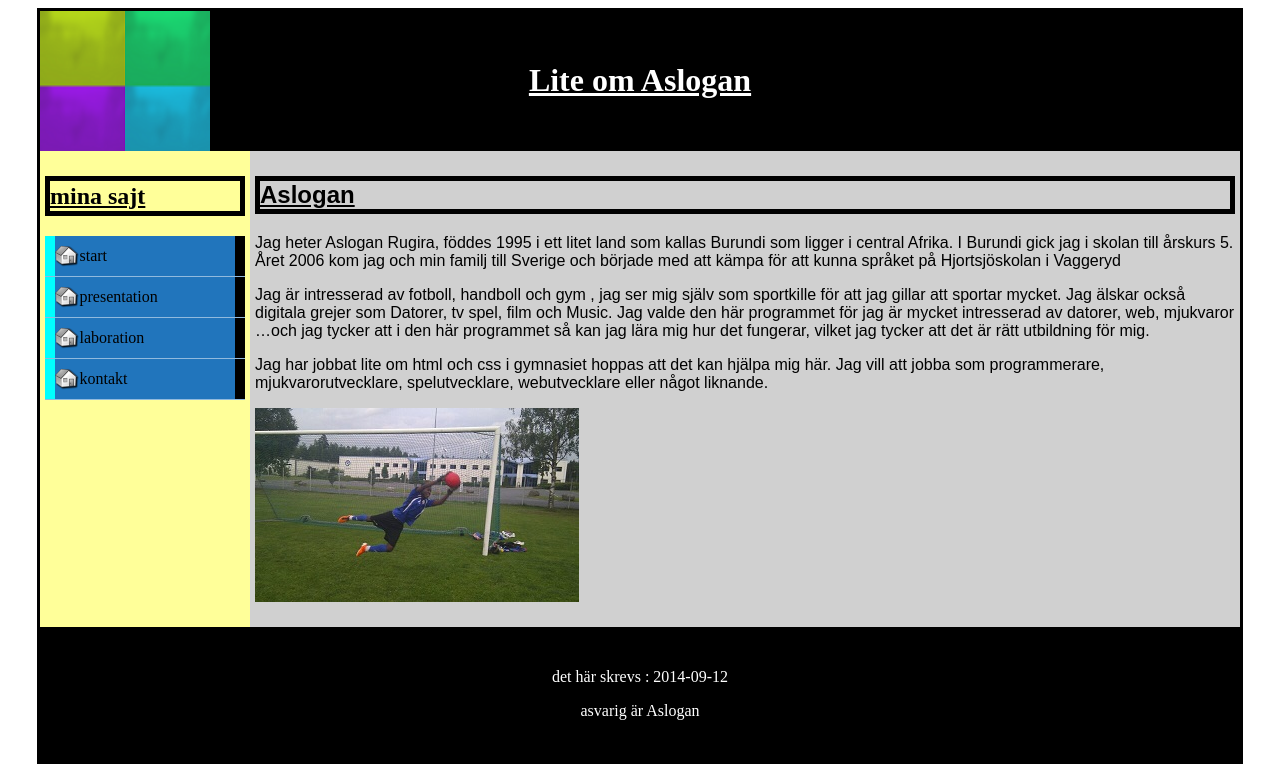
Repository: ar222rk/1IK415-ar222rk-Laboration
Page: pages/presentation.html
The author's editor kept a record of every edit. The page is drawn from the files as they stood at one moment, then again after the next edit.
The browser window is 1280 px wide. The pictures show the whole page.

Above is the page before.

After the next edit:
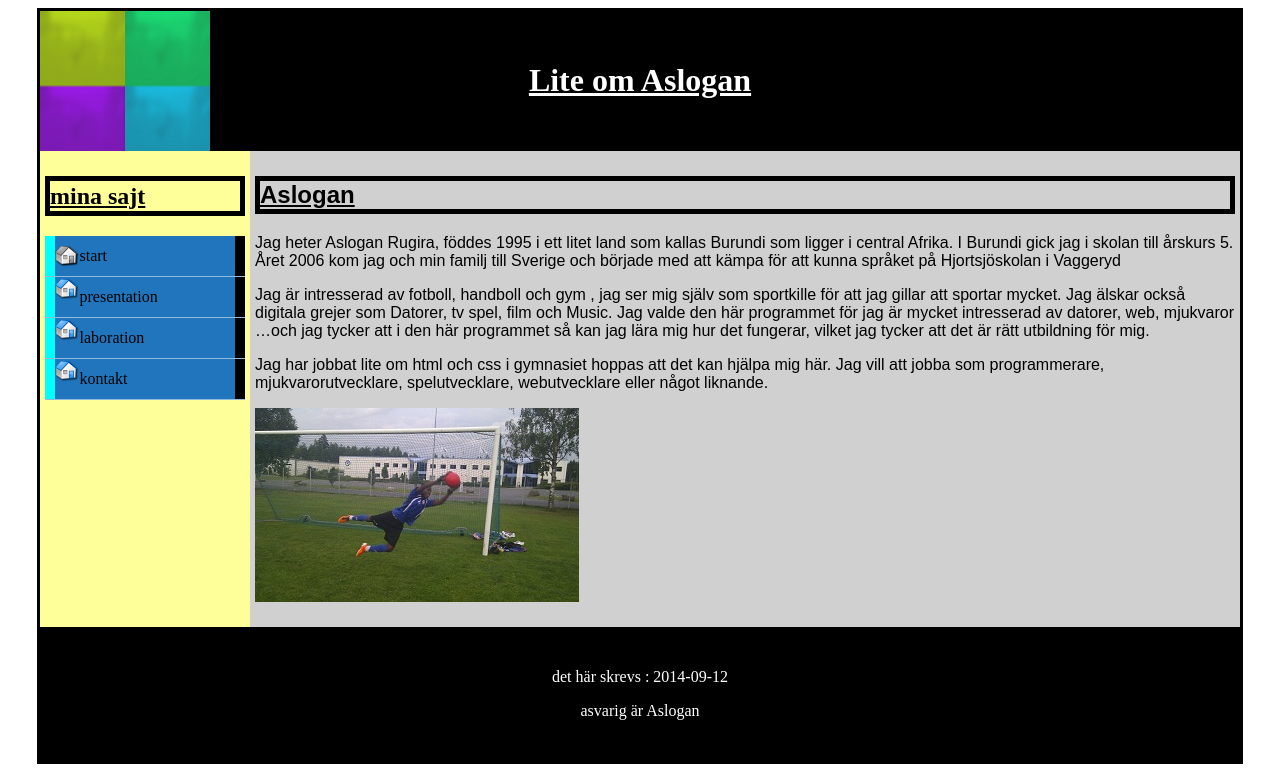
The edit:
--- a/pages/presentation.html
+++ b/pages/presentation.html
@@ -21,9 +21,9 @@
                   <h2> mina sajt</h2>
           <ul>
              <li><a id="start-icon" href = "../index.html"> start</a></li>
-             <li><a id="start-icon" href = "presentation.html"> presentation </a></li>
-             <li><a id="start-icon" href = "laboration.html"> laboration </a></li>
-             <li><a id="start-icon" href = "kontakt.html"> kontakt</a></li>
+             <li><a id="presentation-icone" href = "presentation.html"> presentation </a></li>
+             <li><a id="laboration-icone" href = "laboration.html"> laboration </a></li>
+             <li><a id="kontakt-icone" href = "kontakt.html"> kontakt</a></li>
          </ul>
     </div>
 
